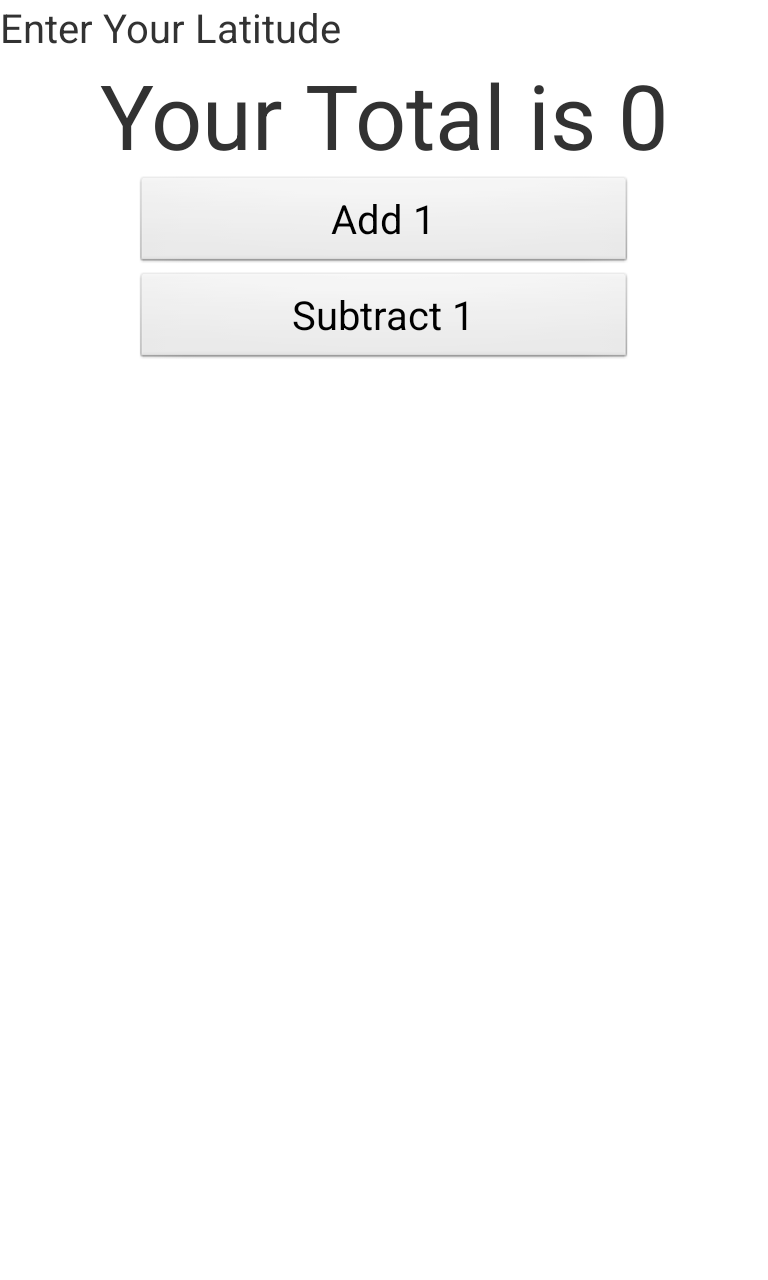
Repository: INBASD/Solar-Power-Project
Layout: Solar power calculator android/res/layout/activity_main.xml
These files come from the project's save history. The layout is drawn as it stood at one moment and after the next save; the edit follows.
It is drawn on a 768 x 1280 px phone screen (xhdpi) without system bars, with theme AppTheme; the app's code is not run.

Above is the layout before, as saved 2012-08-27 10:47:38.

### Solar power calculator android/res/layout/activity_main.xml
<?xml version="1.0" encoding="utf-8"?>
<LinearLayout xmlns:android="http://schemas.android.com/apk/res/android"
    xmlns:tools="http://schemas.android.com/tools"
    android:orientation="vertical"
    android:layout_width="fill_parent"
    android:layout_height="fill_parent" >

    <TextView
        android:layout_width="fill_parent"
        android:layout_height="wrap_content"
        android:text="@string/enterLat"
        android:textSize="20dp"
        android:layout_gravity="left"
        android:gravity="Left"
        />
    <TextView
        android:layout_width="fill_parent"
        android:layout_height="wrap_content"
        android:text="@string/total"
        android:textSize="45dp"
        android:layout_gravity="center"
        android:gravity="center"
        android:id="@+id/tvDisplay"/>


	    <Button
	        android:layout_width="250dp"
	        android:layout_height="wrap_content"
	        android:text="@string/add"
	        android:layout_gravity="center"
	        android:textSize="20dp"
	        android:id="@+id/bAdd"/>

	    <Button
	        android:layout_width="250dp"
	        android:layout_height="wrap_content"
	        android:text="@string/sub"
	        android:layout_gravity="center"
	        android:textSize="20dp"
	        android:id="@+id/bsub"/>

</LinearLayout>

### Solar power calculator android/res/values/strings.xml
<resources>

    <string name="app_name">Solar power calculator android</string>
    <string name="hello_world">Hello world!</string>
    <string name="menu_settings">Settings</string>
    <string name="title_activity_main">MainActivity</string>
    <string name="total">Your Total is 0</string>
    <string name="enterLat">Enter Your Latitude</string>
    <string name="add">Add 1</string>
    <string name="sub">Subtract 1</string>

</resources>

Loaded but not shown: Solar power calculator android/res/values/styles.xml (common file)

After the next save:
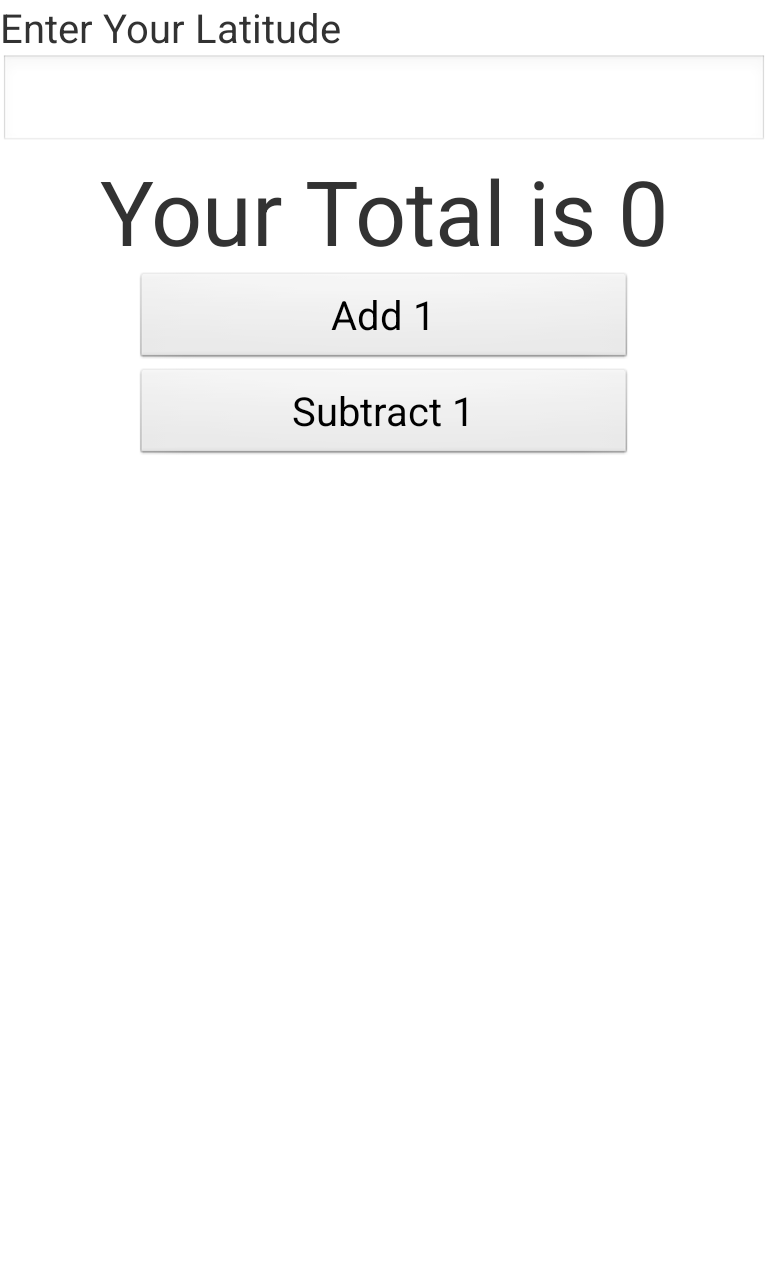
Saved 2 min 13 s later.
--- a/Solar power calculator android/res/layout/activity_main.xml
+++ b/Solar power calculator android/res/layout/activity_main.xml
@@ -13,6 +13,12 @@
         android:layout_gravity="left"
         android:gravity="Left"
         />
+    <EditText
+        android:layout_width="fill_parent"
+        android:layout_height="wrap_content"
+        android:textSize="15dp"
+        android:layout_gravity="left"
+        android:gravity="left"/>
     <TextView
         android:layout_width="fill_parent"
         android:layout_height="wrap_content"
